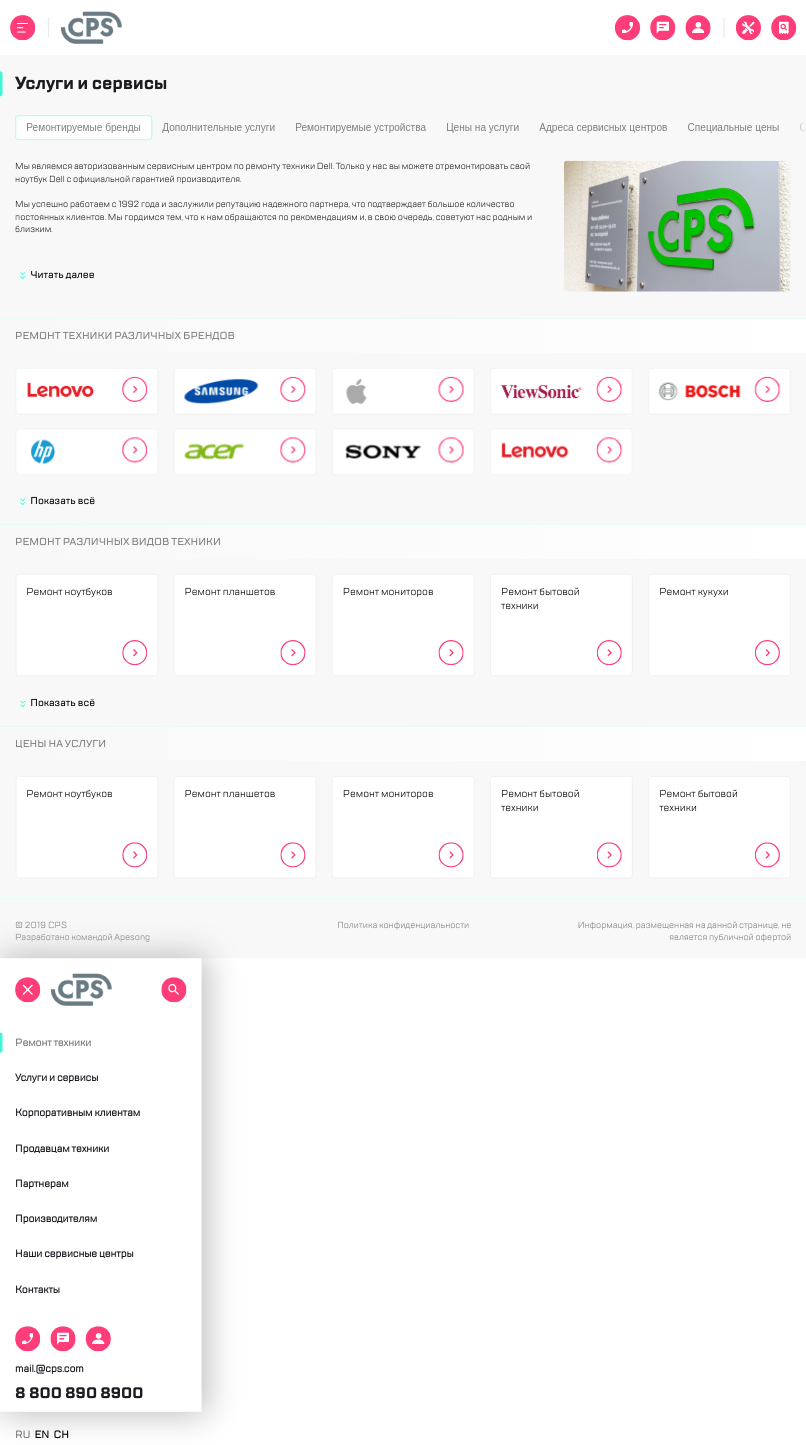
Repository: Dedoxa/WebCoreF
Page: /
An editor plug-in stored every save of this project. The page is shown before and after the next save, followed by the edit.
The browser window is 1280 px wide. The pictures show the whole page, at 63% of full size.
The project was rebuilt for these pictures with package versions that can differ from the ones it lists, and the page was loaded fresh each time. Also part of the build but not shown: webpack.config.js.

Above is the page before, as saved 2024-06-15 17:57:52.

After the next save:
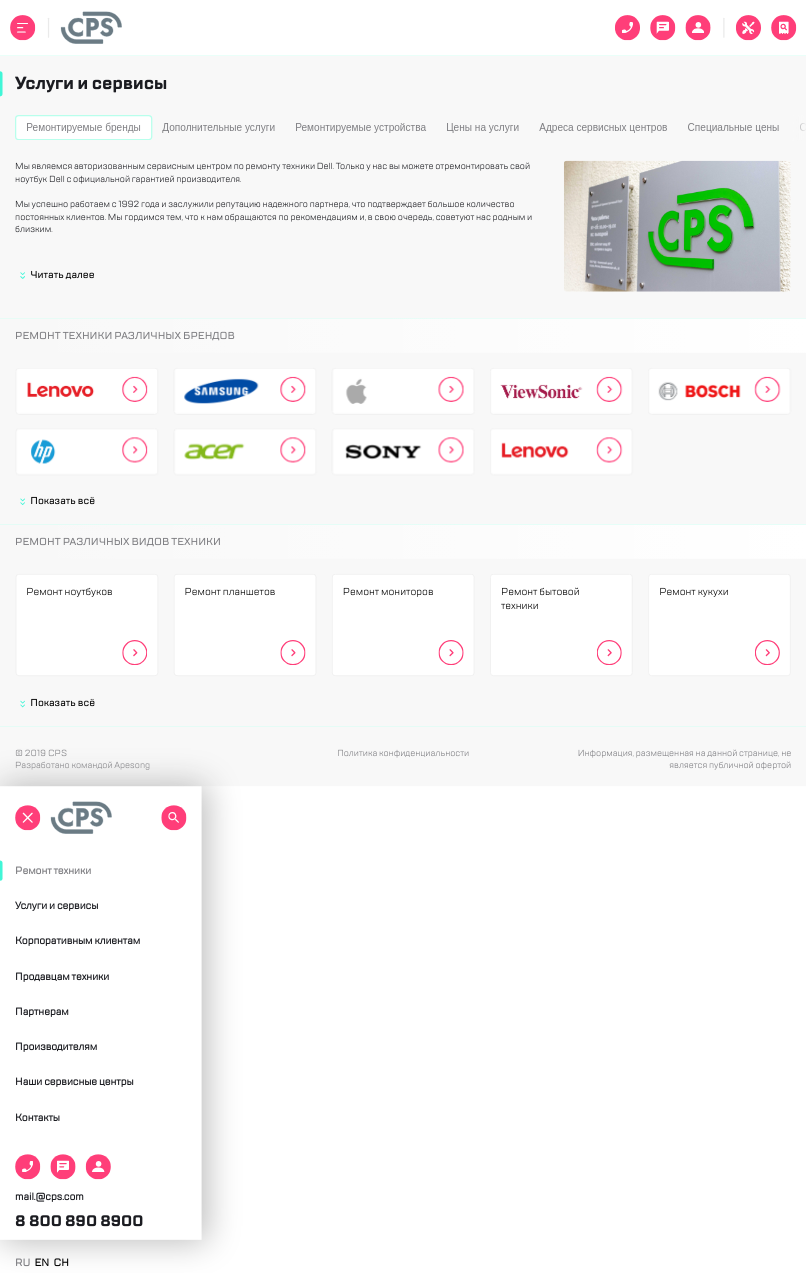
Saved 44 s later.
--- a/src/index.html
+++ b/src/index.html
@@ -274,54 +274,7 @@
             </div>
         </div>
       </section>
-      <section class="table">
-        <header class="table__heading">
-            <div class="table__wrapper table__wrapper-heading">
-                <span>Цены на услуги</span>
-            </div>
-        </header>
-        <div class="table__content-area">
-            <div class="table__wrapper">
-                <div class="table__swiper-container">
-                    <div class="swiper table__swiper">
-                        <div id="device-options" class="swiper-wrapper table__devices-wrapper">
-                            <div class="swiper-slide table__slide">
-                                <div class="table__device-plate">
-                                  <span class="table__logo">Ремонт ноутбуков</span>
-                                  <img class="table__dropdown"></img>
-                                </div>
-                            </div>
-                            <div class="swiper-slide table__slide">
-                                <div class="table__device-plate">
-                                  <span class="table__logo">Ремонт планшетов</span>
-                                  <img class="table__dropdown"></img>
-                                </div>
-                            </div>
-                            <div class="swiper-slide table__slide">
-                                <div class="table__device-plate">
-                                  <span class="table__logo">Ремонт мониторов</span>
-                                  <img class="table__dropdown"></img>
-                                </div>
-                            </div>
-                            <div class="swiper-slide table__slide">
-                                <div class="table__device-plate">
-                                  <span class="table__logo">Ремонт бытовой техники</span>
-                                  <img class="table__dropdown"></img>
-                                </div>
-                            </div>
-                            <div class="swiper-slide table__slide">
-                                <div class="table__device-plate">
-                                  <span class="table__logo">Ремонт бытовой техники</span>
-                                  <img class="table__dropdown"></img>
-                                </div>
-                            </div>
-                        </div>
-                        <div class="swiper-pagination"></div>
-                    </div>
-                </div>
-            </div>
-        </div>
-      </section>
+
       <footer class="footer">
         <div class="footer__wrapper">
             <div>
